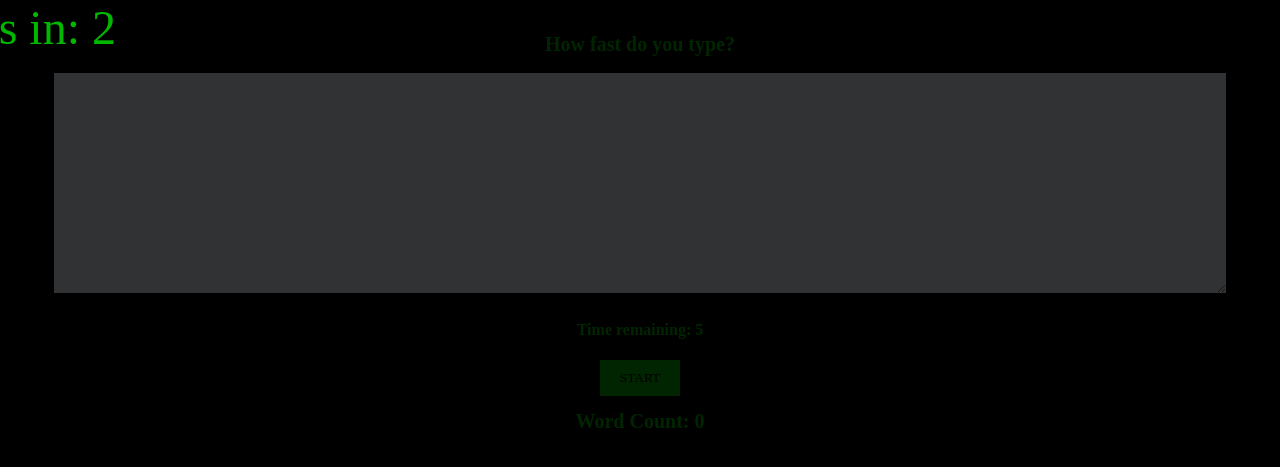
Repository: Lakshyyaa/Speed-Test
Page: /, after clicking the first element matching `button`
These files come from the project's save history. The page is drawn as it stood at one moment and after a run of saves; the edit follows.
The browser window is 1280 px wide. The pictures show the whole page.
The page's requests for data from a server got no answer. The project was rebuilt for these pictures with package versions that can differ from the ones it lists, and the page was loaded fresh each time. No one was signed in, and anything a server would have sent is missing. Also part of the build but not shown: src/Logic.js.

Above is the page before, as saved 2023-04-05 15:46:30.

### src/index.js
import React from 'react';
import ReactDOM from 'react-dom/client';
import App from './App';
import reportWebVitals from './reportWebVitals';
import styles from './styles.css'
const root = ReactDOM.createRoot(document.getElementById('root'));
root.render(
  //<React.StrictMode>
    <App />
  //</React.StrictMode>
);
reportWebVitals();

### src/App.js
// correct its css for speed tester
import React, { useState, useEffect, useRef, useContext } from "react";
import Logic from "./Logic";
function App(props) {
  const { handleChange, text, start, areaRef, time, handleStart, count } = Logic()
  const [timerText, setTimerText] = useState(5)
  const [words, setWords]=useState([])
  const countdowndiv = useRef(null)
  const maindiv = useRef(null)
  const countdown = () => {
    countdowndiv.current.style.display = 'block'
    maindiv.current.style.opacity = '0.2'
    timerLoop(5)
  }
  useEffect(() => {
    fetch('https://random-word-api.herokuapp.com/word?number=10')
      .then(x => x.json())
      .then(y => console.log(y))
  },[words])
  function timerLoop(i) {
    if (i > 0) {
      setTimerText(i)
      setTimeout(() => {
        i--
        timerLoop(i)
      }, 1000)
    }
    else if (i === 0) {
      handleStart();
      countdowndiv.current.style.display = 'none'
      maindiv.current.style.opacity = '1'
    }
  }
  return (
    <div>
      <div className="countdown" ref={countdowndiv}>
        Begins in: {timerText}
      </div>
      <div ref={maindiv}>
        <h1>How fast do you type?</h1>
        <textarea
          onChange={handleChange}
          value={text}
          disabled={!start}
          ref={areaRef}

        />
        <h4>Time remaining: {time}</h4>
        <button onClick={() => countdown()} disabled={start}>Start</button>
        {/* cant directly call the wordCount here like handleChange because event listener automatically passes the e */}
        <h1>Word Count: {count}</h1>
      </div>
    </div>
  )
}
export default App;

### src/styles.css
html,
body {
    background: black;
    color: #00b800;
    margin: 0;
    padding: 0;
    padding-top: 10px;
    text-align: center;
    font-family: 'Press Start 2P', cursive;
}

.countdown {
    z-index: 20;
    position: fixed;
    top: 50%;
    /* left: 50%; */
    transform: translate(-50%, -50%);
    font-size: 3rem;
    display: none;
    height: 100%;
    width: 100%;
}

body {
    font-weight: 400;
}

button {
    font-family: 'Press Start 2P', cursive;
    display: block;
    margin: 0 auto;
    border: none;
    background: #a80020;
    background: #00b800;
    padding: 10px 20px;
    text-transform: uppercase;
}

h1 {
    font-size: 20px;
}

textarea {
    font-family: 'Press Start 2P', cursive;
    border: 3px solid black;
    width: 90%;
    margin: 0 auto;
    outline: none;
    height: 200px;
    background: #00b800;
    padding: 10px;
}

button:disabled {
    background-color: aliceblue;
}

textarea:disabled {
    background-color: aliceblue;
}

Loaded but not shown: src/reportWebVitals.js (common file)

After the next 2 saves:
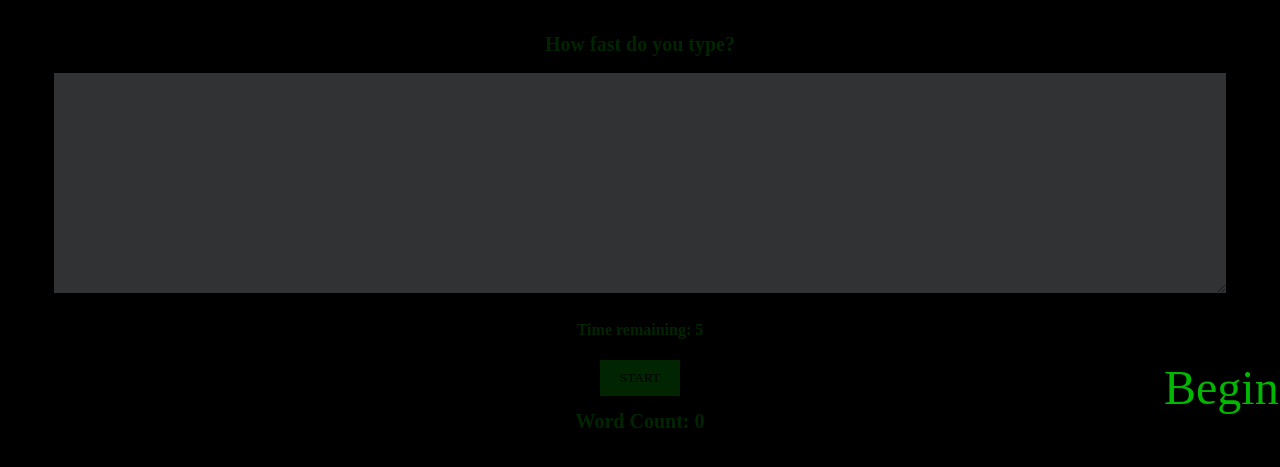
The 2 saves are shown as one change because they came seconds apart.
The last was saved 5 s later.
--- a/src/styles.css
+++ b/src/styles.css
@@ -13,8 +13,8 @@ body {
     z-index: 20;
     position: fixed;
     top: 50%;
-    /* left: 50%; */
-    transform: translate(-50%, -50%);
+    left: 50%;
+    /* transform: translate(-50%, -50%);  */
     font-size: 3rem;
     display: none;
     height: 100%;
